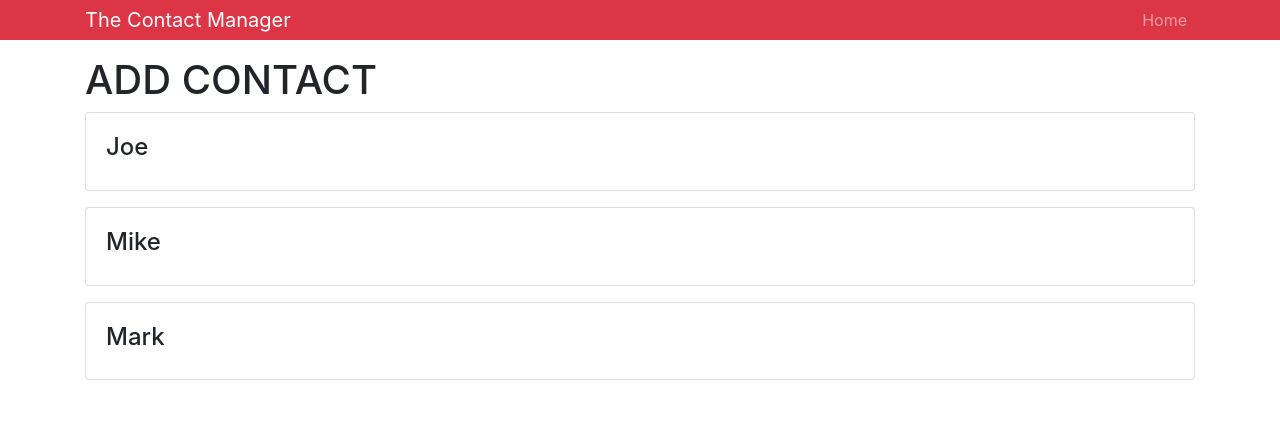
Repository: MikeTroianello/Contact-Manager
Page: /test
An editor plug-in stored every save of this project. The page is shown before and after the next save, followed by the edit.
The browser window is 1280 px wide. The pictures show the whole page.
The project was rebuilt for these pictures with package versions that can differ from the ones it lists, and the page was loaded fresh each time. Also part of the build but not shown: src/App.css.

Above is the page before, as saved 2019-05-19 23:44:42.

### src/App.js
import React from "react";

import Header from "./components/layout/Header";
import Contacts from "./components/contacts/Contacts";
import { Provider } from "./context";
import AddContact from "./components/contacts/AddContact";
import "bootstrap/dist/css/bootstrap.min.css";
import "./App.css";

function App() {
  return (
    <Provider>
      <div className="App">
        <Header branding="The Contact Manager" />
        <div className="container">
          <AddContact />
          <Contacts />
        </div>
      </div>
    </Provider>
  );
}

export default App;

### src/components/layout/Header.js
import React from "react";
import PropTypes from "prop-types";

const Header = props => {
  const { branding } = props;
  return (
    <nav className="navbar navbar-expand-sm navbar-dark bg-danger mb-3 py-0">
      <div className="container">
        <a href="/" className="navbar-brand">
          {branding}
        </a>
        <div>
          <ul className="navbar-nav mr-auto">
            <a href="/" className="nav-link">
              Home
            </a>
          </ul>
        </div>
      </div>
    </nav>
  );
};

Header.defaultProps = {
  branding: "My App"
};

Header.propTypes = {
  branding: PropTypes.string.isRequired
};

export default Header;

### src/components/contacts/Contacts.js
import React, { Component } from "react";
import Contact from "./Contact";
import { Consumer } from "../../context";

class Contacts extends Component {
  //REVIEW HERE
  render() {
    return (
      <Consumer>
        {value => {
          const { contacts } = value;
          return (
            <React.Fragment>
              {contacts.map(contact => (
                <Contact key={contact.id} contact={contact} />
              ))}
            </React.Fragment>
          );
        }}
      </Consumer>
    );
  }
}

export default Contacts;

### src/context.js
import React, { Component } from "react";

const Context = React.createContext();

const reducer = (state, action) => {
  switch (action.type) {
    case "DELETE_CONTACT":
      return {
        ...state,
        contacts: state.contacts.filter(
          contact => contact.id !== action.payload
        )
      };
    default:
      return state;
  }
};

export class Provider extends Component {
  state = {
    contacts: [
      {
        id: 1,
        name: "Joe",
        email: "joe@mailbox.co",
        phone: "(123)456-7890"
      },
      {
        id: 2,
        name: "Mike",
        email: "mike@mailbox.co",
        phone: "(123)456-1111"
      },
      {
        id: 3,
        name: "Mark",
        email: "mark@mailbox.co",
        phone: "(123)456-2231"
      }
    ],
    dispatch: action => {
      this.setState(state => reducer(state, action));
    }
  };

  render() {
    return (
      <Context.Provider value={this.state}>
        {this.props.children}
      </Context.Provider>
    );
  }
}

export const Consumer = Context.Consumer;

### src/components/contacts/AddContact.js
import React, { Component } from "react";

class AddContact extends Component {
  state = {
    name: "",
    email: "",
    phone: ""
  };

  render() {
    return (
      <div>
        <h1>ADD CONTACT</h1>
      </div>
    );
  }
}

export default AddContact;

### src/components/contacts/Contact.js
import React, { Component } from "react";
import PropTypes from "prop-types";
import { Consumer } from "../../context";

class Contact extends Component {
  state = {
    showContactInfo: false
  };

  // onShowClick = e => {
  //   this.setState({ showContactInfo: !this.state.showContactInfo });
  // };

  onDeleteClick = (id, dispatch) => {
    dispatch({ type: "DELETE_CONTACT", payload: id });
  };

  render() {
    const { name, email, phone, id } = this.props.contact;
    const { showContactInfo } = this.state;

    return (
      <Consumer>
        {value => {
          const { dispatch } = value;
          return (
            <div className="card card-body mb-3">
              <h4>
                {name}{" "}
                <i
                  onClick={() =>
                    this.setState({
                      showContactInfo: !this.state.showContactInfo
                    })
                  }
                  className="fas fa-sort-down"
                  style={{ cursor: "pointer" }}
                />
                <i
                  className="fas fa-times"
                  style={{ cursor: "pointer", float: "right", color: "red" }}
                  onClick={this.onDeleteClick.bind(this, id, dispatch)}
                />
              </h4>
              {showContactInfo && (
                <ul className="list-group">
                  <li className="list-group-item">{email}</li>
                  <li className="list-group-item">{phone}</li>
                </ul>
              )}
            </div>
          );
        }}
      </Consumer>
    );
  }
}

Contact.propTypes = {
  contact: PropTypes.object.isRequired
};

export default Contact;

Loaded but not shown: src/index.js (common file); src/serviceWorker.js (common file)

After the next save:
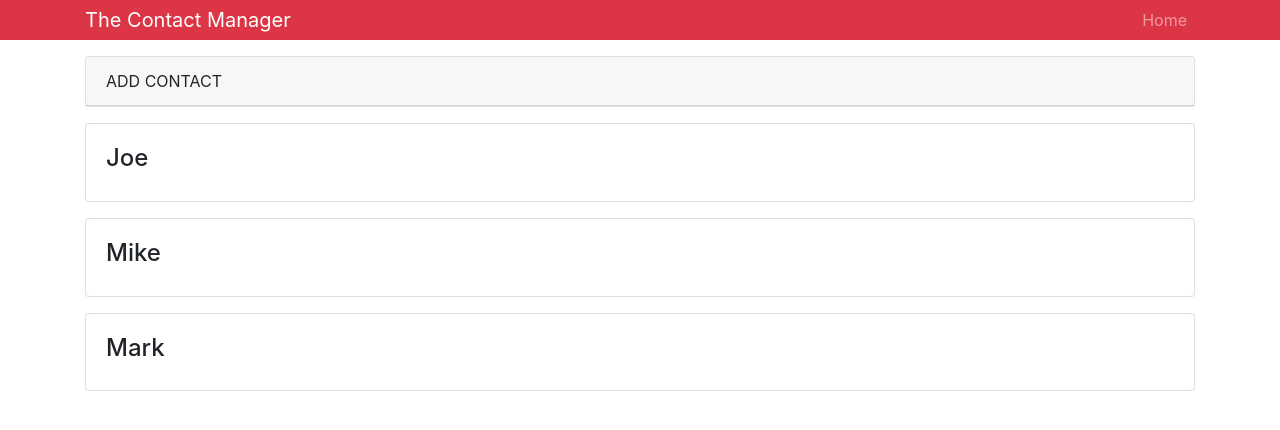
Saved 39 s later.
--- a/src/components/contacts/AddContact.js
+++ b/src/components/contacts/AddContact.js
@@ -9,8 +9,8 @@ class AddContact extends Component {
 
   render() {
     return (
-      <div>
-        <h1>ADD CONTACT</h1>
+      <div className="card mb-3">
+        <div className="card-header">ADD CONTACT</div>
       </div>
     );
   }
